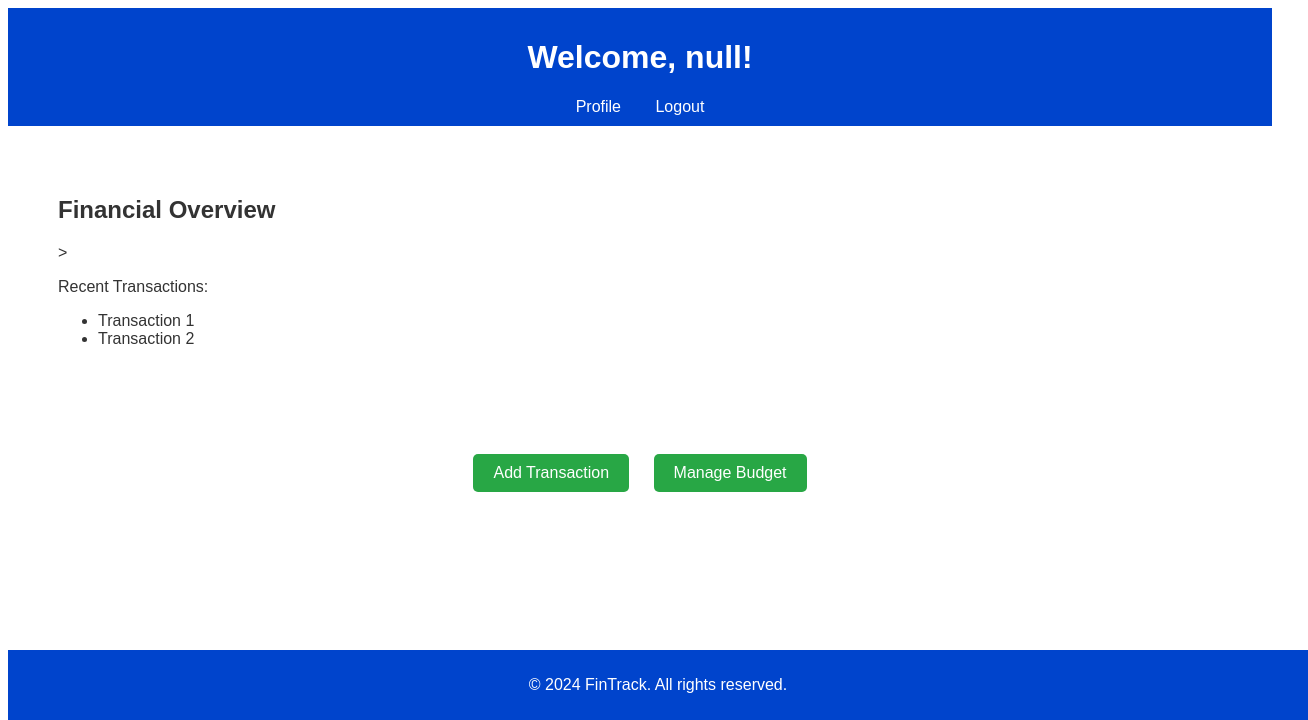
Repository: Rath2601/servlet_jsp_project
Page: http://localhost/finmansystem/dashboard.jsp
The author's editor kept a copy of each file at every save. The page is drawn from the files as they stood at one save, then again after a run of saves.
The browser window is 1280 px wide. The page is 1308 px wide, so the pictures cover 1308 px, including what lies to the right of the window. The pictures show the whole page.
The page is served by Tomcat 10. Other server files are loaded and not shown.

Above is the page before, as saved 2024-10-08 02:09:12.

### FinancialManagementSystem/finmansystem/src/main/webapp/dashboard.jsp
<%@ page language="java" contentType="text/html; charset=UTF-8" pageEncoding="UTF-8"%>
<!DOCTYPE html>
<html lang="en">
<head>
    <meta charset="UTF-8">
    <title>Dashboard - FinTrack</title>
    <link rel="stylesheet" type="text/css" href="<%= request.getContextPath() %>/css/dashboard.css">
</head>
<body>
    <header>
        <h1>Welcome, <%= session.getAttribute("username") %>!</h1>
        <nav>
            <a href="profile.jsp">Profile</a>
            <a href="logout.jsp">Logout</a>
        </nav>
    </header>

    <section class="dashboard-overview">
        <h2>Financial Overview</h2>
>
        <p>Recent Transactions:</p>
        <ul>
            <li>Transaction 1</li>
            <li>Transaction 2</li>
        </ul>
    </section>

    <section class="actions">
        <a href="addTransaction.jsp">Add Transaction</a>
        <a href="budget.jsp">Manage Budget</a>
    </section>

    <footer>
        <p>&copy; 2024 FinTrack. All rights reserved.</p>
    </footer>
</body>
</html>

### FinancialManagementSystem/finmansystem/src/main/webapp/css-non-secured/dashboard.css
body {
    font-family: Arial, sans-serif;
    background-color: #fff;
    color: #333;
}

header {
    background-color: #0044cc;
    color: #fff;
    padding: 10px;
    text-align: center;
}

nav a {
    color: #fff;
    margin: 0 15px;
    text-decoration: none;
}

.dashboard-overview {
    padding: 50px;
    text-align: left;
}

.actions {
    margin-top: 30px;
    text-align: center;
}

.actions a {
    display: inline-block;
    padding: 10px 20px;
    background-color: #28a745;
    color: #fff;
    text-decoration: none;
    margin: 10px;
    border-radius: 5px;
}

footer {
    text-align: center;
    padding: 10px;
    background-color: #0044cc;
    color: #fff;
    position: absolute;
    bottom: 0;
    width: 100%;
}

After the next 2 saves:
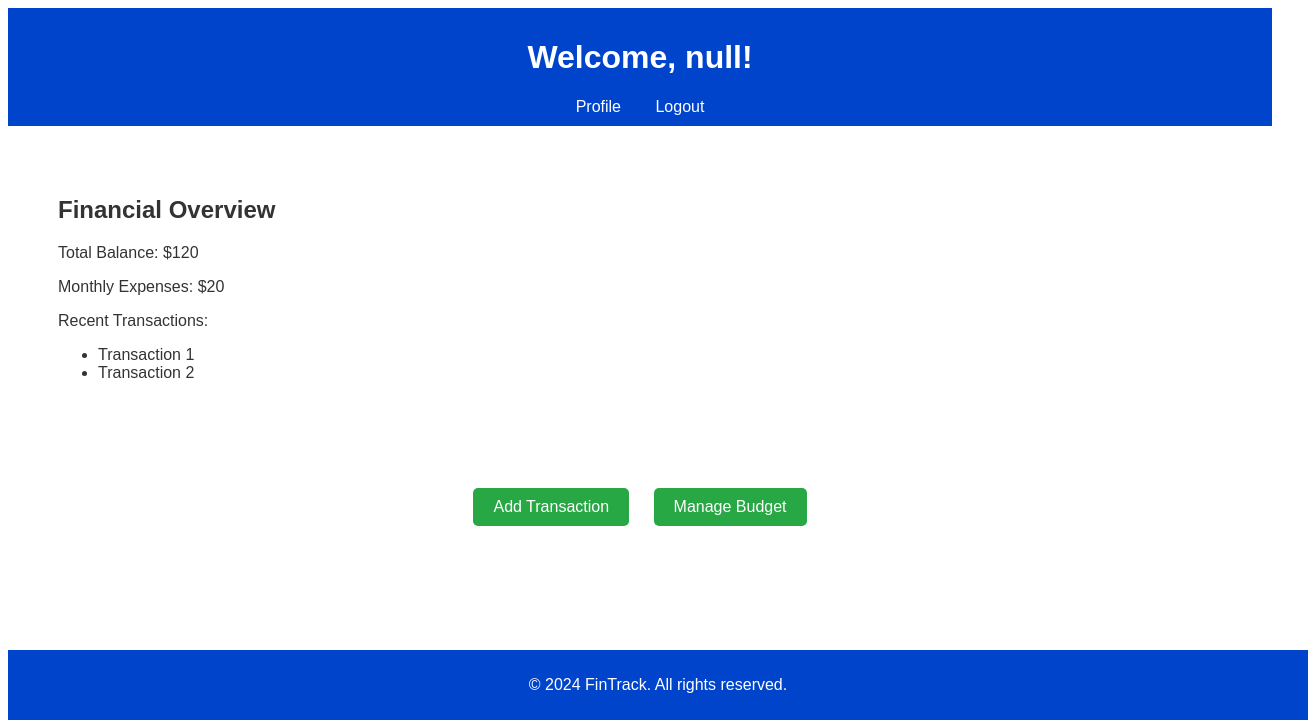
The 2 saves are shown as one change because they came seconds apart.
The last was saved 24 s later.
--- a/FinancialManagementSystem/finmansystem/src/main/webapp/dashboard.jsp
+++ b/FinancialManagementSystem/finmansystem/src/main/webapp/dashboard.jsp
@@ -17,7 +17,8 @@
 
     <section class="dashboard-overview">
         <h2>Financial Overview</h2>
->
+        <p>Total Balance: $120</p>
+        <p>Monthly Expenses: $20</p>
         <p>Recent Transactions:</p>
         <ul>
             <li>Transaction 1</li>
